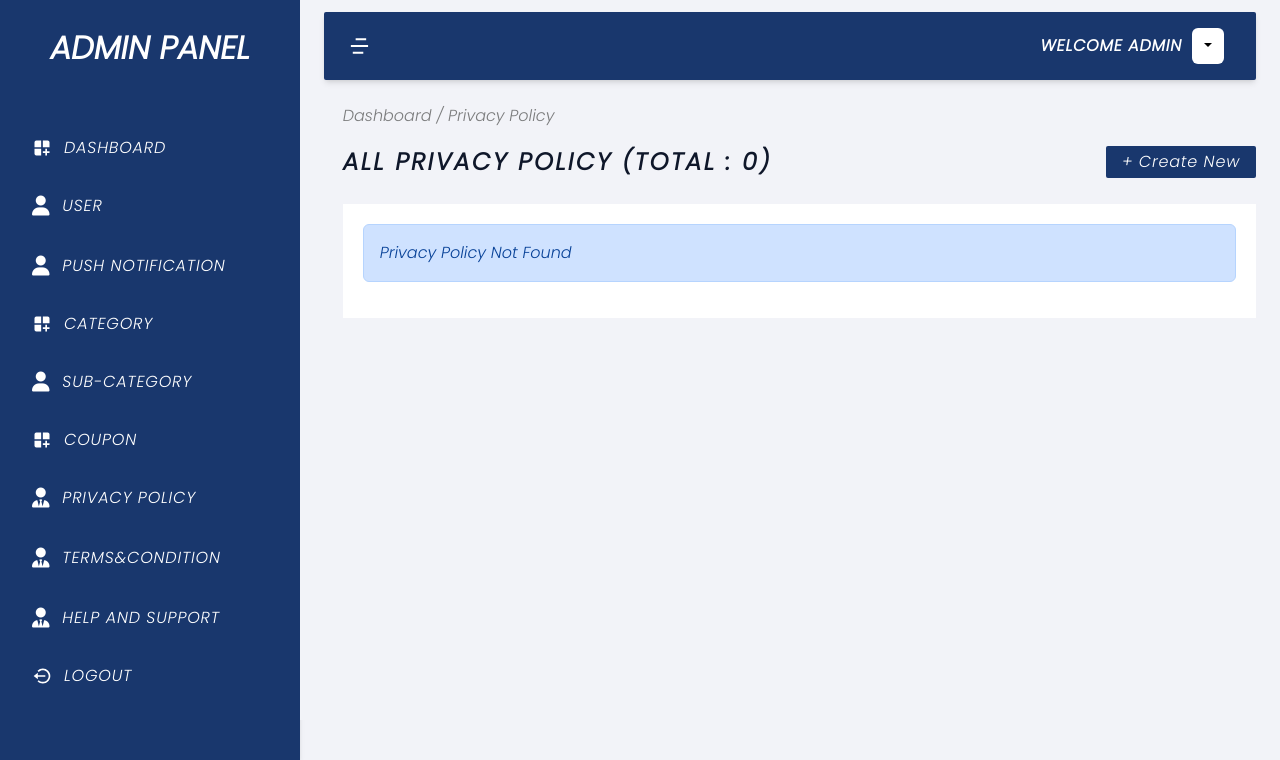
Repository: arpanmalik/project-khanna
Page: /privacy
These files come from the project's save history. The page is drawn as it stood at one moment and after a run of saves; the edit follows.
The browser window is 1280 px wide. The pictures show the whole page.
Pictures or frames that could not be fetched are drawn as grey boxes. Some web libraries are served in a nearby version. The project was rebuilt for these pictures with package versions that can differ from the ones it lists, and the page was loaded fresh each time. Also part of the build but not shown: src/E-CommerceAdmin/forms/Login.jsx, src/E-CommerceAdmin/pages/Dashboard.jsx, src/E-CommerceAdmin/pages/ECategory.js, src/E-CommerceAdmin/pages/EProduct.js, src/E-CommerceAdmin/pages/EVendorList.js, src/E-CommerceAdmin/pages/EAdminOrders.js, src/E-CommerceAdmin/pages/EAdminProduct.js, src/E-CommerceAdmin/pages/EAdminDelivery.js and 11 more. Imported but missing from the stored project, and not drawn on this page: src/E-CommerceAdmin/pages/Component/SpinnerComp, src/E-CommerceVendor/forms/EVendorLogin, src/E-CommerceVendor/pages/EVCategory, src/E-CommerceVendor/pages/EVCoupon, src/E-CommerceVendor/pages/EVDashboard, src/E-CommerceVendor/pages/EVOrders, src/E-CommerceVendor/pages/EVProduct, src/E-CommerceVendor/pages/EVSubCategory.

Above is the page before, as saved 2023-05-16 16:05:24.

After the next 5 saves:
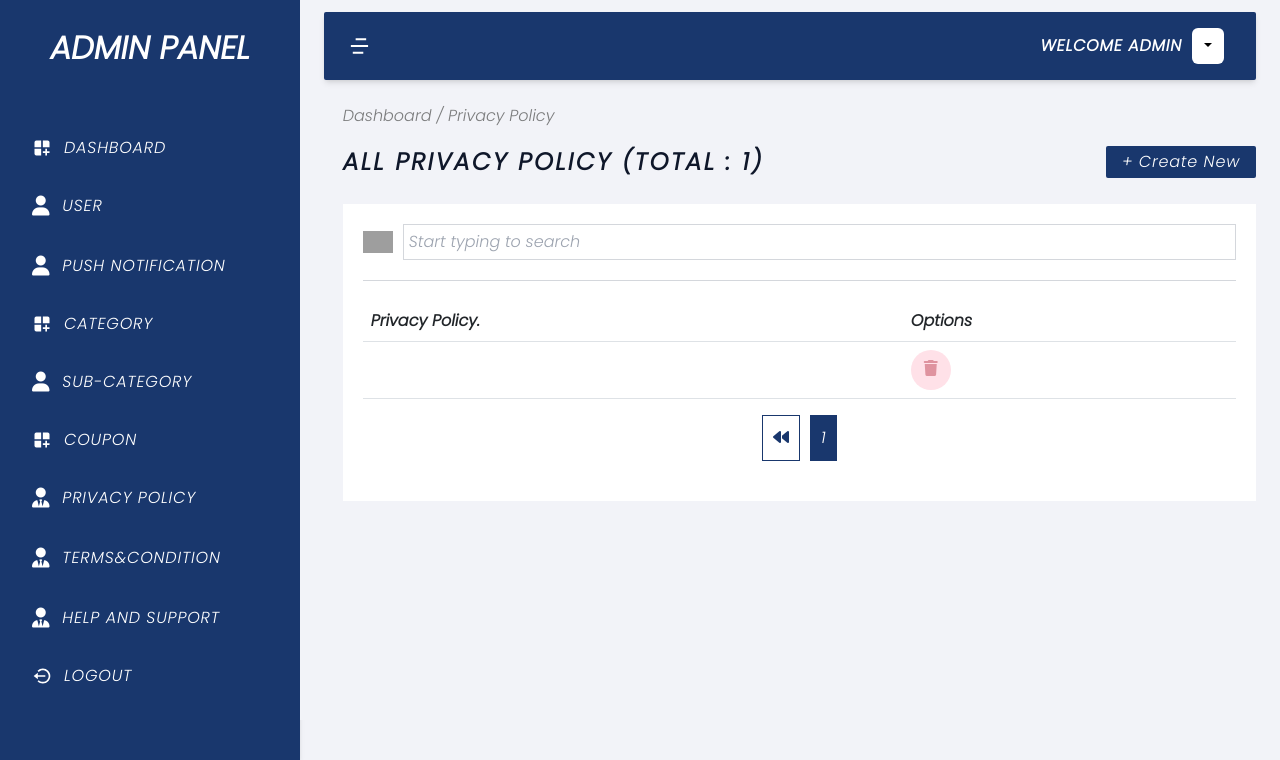
The 5 saves are shown as one change because 2 did not build or start and some came seconds apart.
The last was saved 23 s later.
--- a/src/E-CommerceAdmin/pages/PrivacyPolicy.js
+++ b/src/E-CommerceAdmin/pages/PrivacyPolicy.js
@@ -15,15 +15,14 @@ import { toast } from "react-toastify";
 
 const PrivacyPolicy = () => {
   const [modalShow, setModalShow] = React.useState(false);
-  const [data, setData] = useState([]);
-
-  // Pagination and Filter
   const [query, setQuery] = useState("");
   const [currentPage2, setCurrentPage2] = useState(1);
   const [postPerPage2] = useState(10);
   const lastPostIndex2 = currentPage2 * postPerPage2;
   const firstPostIndex2 = lastPostIndex2 - postPerPage2;
-
+  const data = [ {
+    name : "P"
+  }]
   let pages2 = [];
 
 
